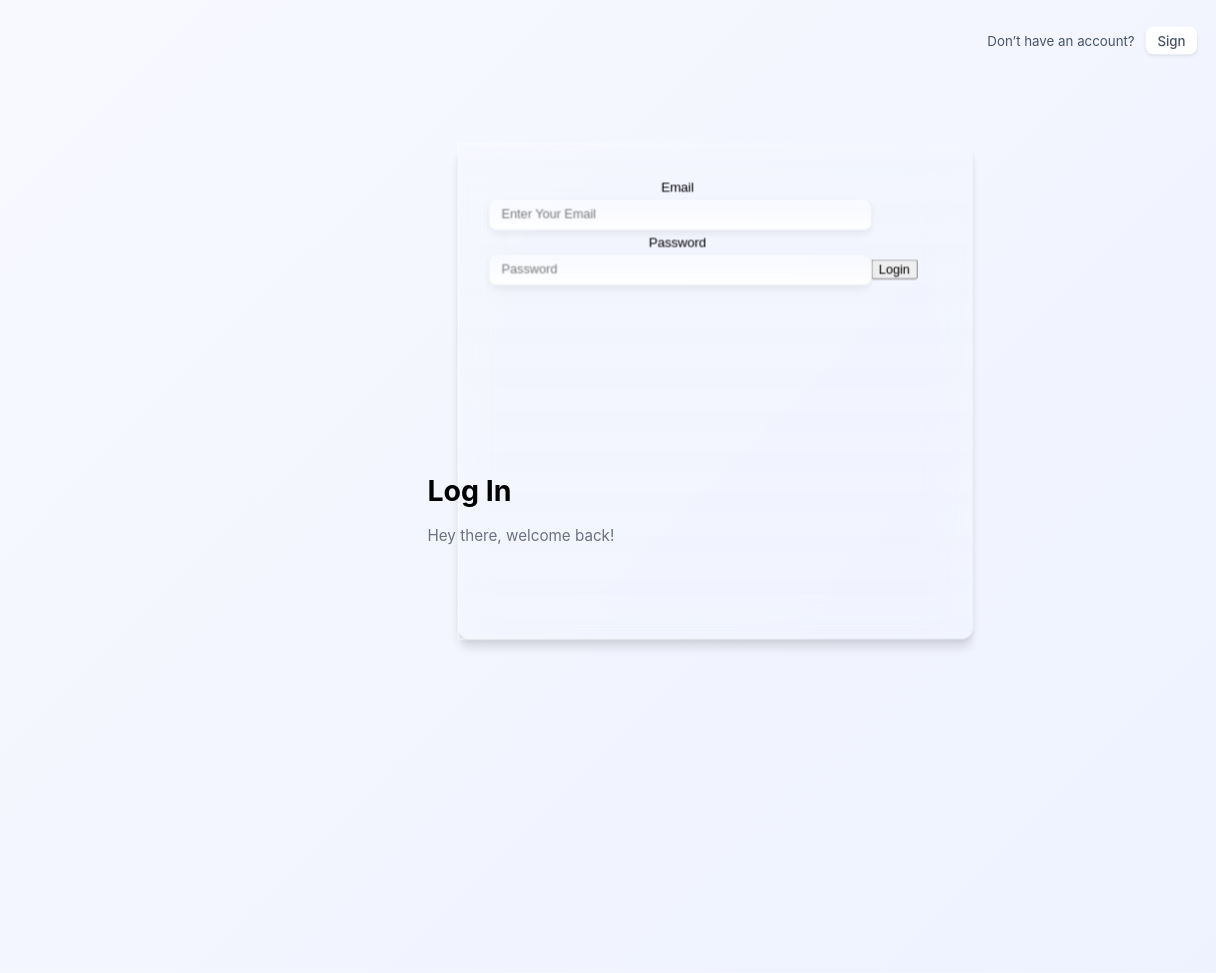
Repository: AfifaNoor/Admin_Panel-React-
Page: /
These files come from the project's save history. The page is drawn as it stood at one moment and after the next save; the edit follows.
The browser window is 1280 px wide. The pictures show the whole page, at 95% of full size.
The project was rebuilt for these pictures with package versions that can differ from the ones it lists, and the page was loaded fresh each time. Also part of the build but not shown: src/SignUp.jsx.

Above is the page before, as saved 2025-07-10 16:18:24.

After the next save:
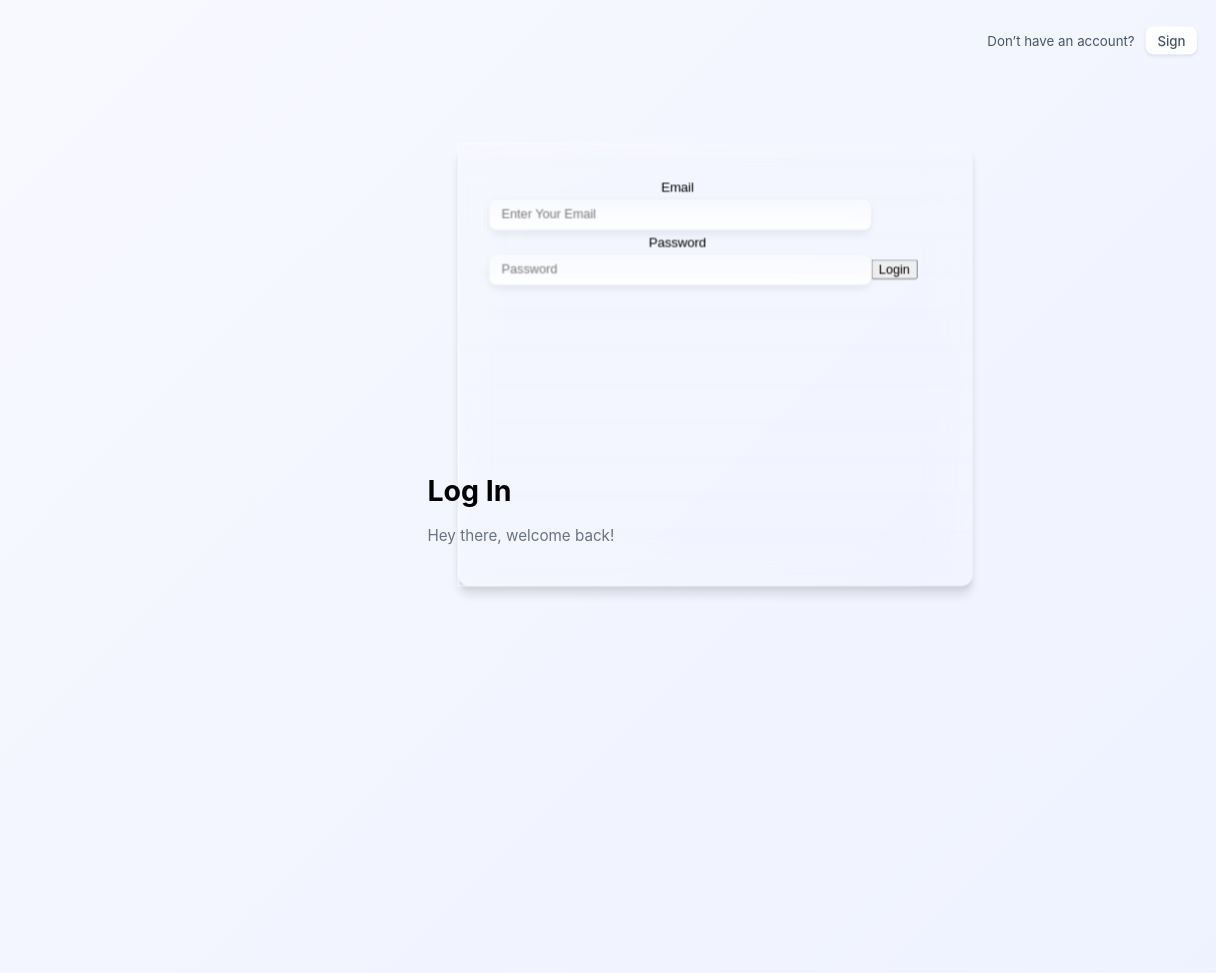
Saved 8 s later.
--- a/src/LoginPage.css
+++ b/src/LoginPage.css
@@ -72,7 +72,7 @@ margin-bottom: 8px;
 
 .login-form{
   width: 476px;
-  height: 456px;
+  height: 400px;
   position: absolute;
   top: 150.5px;
   left: 482px;
